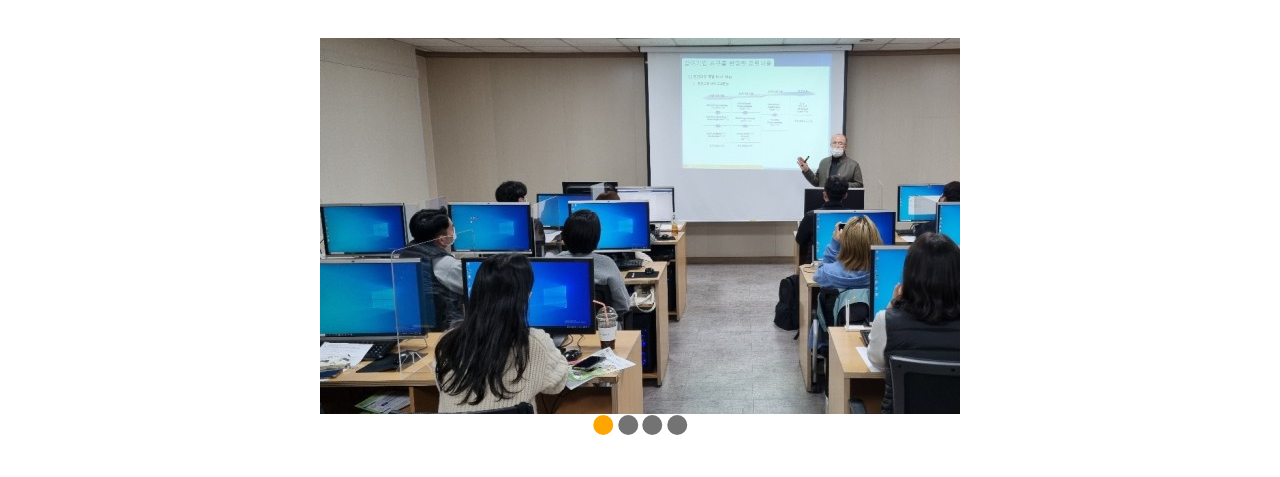
Repository: JavaJin96/kr.or.ddit.HighJava
Page: http://localhost/TeamProjectDCUM/work_kmk/iframe_kmk/slider.jsp
These files come from the project's save history. The page is drawn as it stood at one moment and after the next save; the edit follows.
The browser window is 1280 px wide. The pictures show the whole page.
The page is served by Tomcat 9. Other server files are loaded and not shown.

Above is the page before, as saved 2022-02-16 01:10:49.

### 3.Highjava/workspace/TeamProjectDCUM/WebContent/work_kmk/iframe_kmk/slider.jsp
<%@ page language="java" contentType="text/html; charset=UTF-8"
    pageEncoding="UTF-8"%>
<!DOCTYPE html>
<html>
<head>
<meta charset="UTF-8">
<title>Insert title here</title>
<!-- 카드 -->
<link rel="stylesheet" href="https://cdn.jsdelivr.net/npm/bootstrap@4.6.1/dist/css/bootstrap.min.css">
<script src="https://cdn.jsdelivr.net/npm/jquery@3.5.1/dist/jquery.slim.min.js"></script>
<script src="https://cdn.jsdelivr.net/npm/popper.js@1.16.1/dist/umd/popper.min.js"></script>
<script src="https://cdn.jsdelivr.net/npm/bootstrap@4.6.1/dist/js/bootstrap.bundle.min.js"></script>
<style>
/*---------------------- 슬라이드 ----------------------------*/
.slider{
    width: 640px;
    height: 400px;
    position: relative;
    margin: 3% auto;
    overflow: hidden; /* 현재 슬라이드 오른쪽에 위치한 나머지 슬라이드 들이 보이지 않도록 가림 */
/*     text-align: center; */
	display: flex;
}
.slider input[type=radio]{
    display: none;
}

ul.imgs{
    padding: 0;
    margin: 0;
    list-style: none;
}
ul.imgs li{
    position: absolute;
    left: 640px;
    transition-delay: 1s; /* 새 슬라이드가 이동해 오는 동안 이전 슬라이드 이미지가 배경이 보이도록 지연 */
    padding: 0;
    margin: 0;
}

.bullets{
    position: absolute;
    left: 50%;
    transform: translateX(-50%);
    bottom: -5px;
    z-index: 2;
}

.bullets label{
    display: inline-block;
    border-radius: 50%;
    background-color: rgba(0,0,0,0.55);
    width: 20px;
    height: 20px;
    cursor: pointer;
}

/* 현재 선택된 불릿 배경 흰색으로 구분 표시 */
.slider input[type=radio]:nth-child(1):checked~.bullets>label:nth-child(1){
    background-color: orange;
}

.slider input[type=radio]:nth-child(2):checked~.bullets>label:nth-child(2){
    background-color: orange;
}

.slider input[type=radio]:nth-child(3):checked~.bullets>label:nth-child(3){
    background-color: orange;
}

.slider input[type=radio]:nth-child(4):checked~.bullets>label:nth-child(4){
    background-color: orange;
}

 .slider input[type=radio]:nth-child(1):checked~ul.imgs>li:nth-child(1){
     left: 0;
     transition: 0.5s;
     z-index:1;
 }

 .slider input[type=radio]:nth-child(2):checked~ul.imgs>li:nth-child(2){
     left: 0;
     transition: 0.5s;
     z-index:1;
 }

 .slider input[type=radio]:nth-child(3):checked~ul.imgs>li:nth-child(3){
     left: 0;
     transition: 0.5s;
     z-index:1;
 }

 .slider input[type=radio]:nth-child(4):checked~ul.imgs>li:nth-child(4){
     left: 0;
     transition: 0.5s;
     z-index:1;
 }

</style>


</head>
<body>

	<div class="slider" targer="ifr">
	    <input type="radio" name="slide" id="slide1" checked>
	    <input type="radio" name="slide" id="slide2">
	    <input type="radio" name="slide" id="slide3">
	    <input type="radio" name="slide" id="slide4">

	    <ul id="imgholder" class="imgs">
	        <li><img src="../../images/main/학생.jpg"  targer="ifr"></li>
	        <li><img src="../../images/main/학생2.jpg" targer="ifr"></li>
	        <li><img src="../../images/main/학생3.jpg" targer="ifr"></li>
	        <li><img src="../../images/main/학생4.jpg" targer="ifr" ></li>
	    </ul>

	    <div class="bullets">
	        <label for="slide1">&nbsp;</label>
	        <label for="slide2">&nbsp;</label>
	        <label for="slide3">&nbsp;</label>
	        <label for="slide4">&nbsp;</label>
	    </div>
	</div>


</body>
</html>

After the next save:
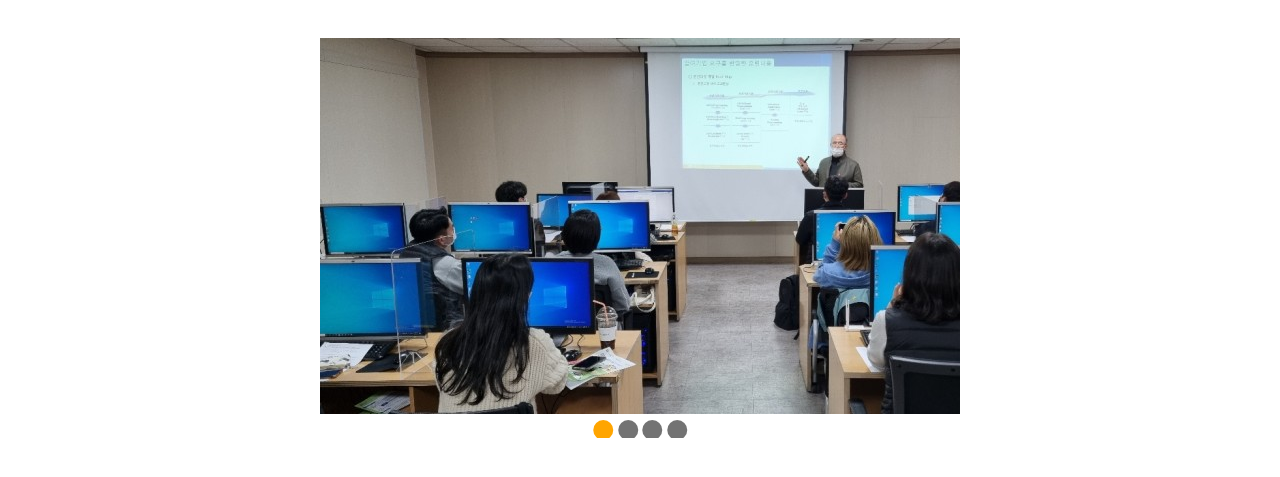
Saved 5 s later.
--- a/3.Highjava/workspace/TeamProjectDCUM/WebContent/work_kmk/iframe_kmk/slider.jsp
+++ b/3.Highjava/workspace/TeamProjectDCUM/WebContent/work_kmk/iframe_kmk/slider.jsp
@@ -42,7 +42,7 @@ ul.imgs li{
     position: absolute;
     left: 50%;
     transform: translateX(-50%);
-    bottom: -5px;
+    bottom: -10px;
     z-index: 2;
 }
 
